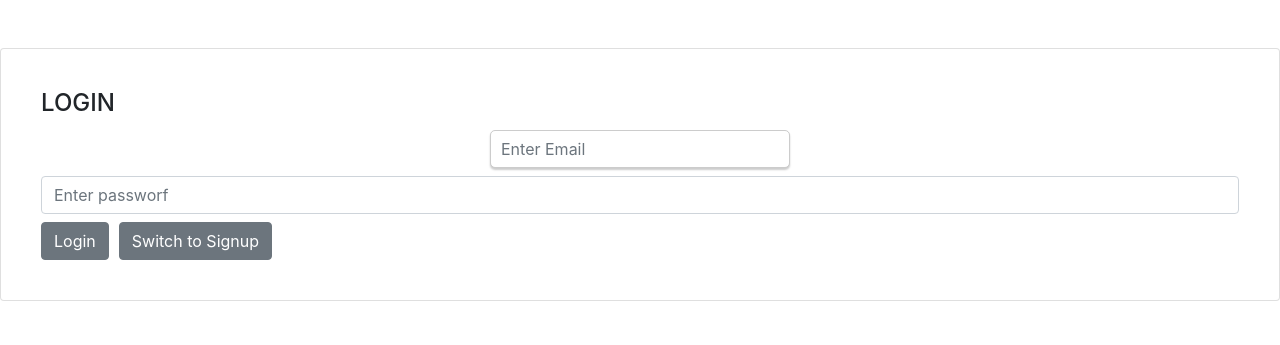
Repository: hosseinemami1370/iranicard
Page: /auth
An editor plug-in stored every save of this project. The page is shown before and after a run of saves, followed by the edit.
The browser window is 1280 px wide. The pictures show the whole page.
The project was rebuilt for these pictures with package versions that can differ from the ones it lists, and the page was loaded fresh each time. The framework's server and built-in components were replaced by stand-ins that run in the browser. Also part of the build but not shown: nuxt.config.js, components/Header.vue, components/Logo.vue, components/UI/AppButton.vue, components/navigation/Header.vue, layouts/admin.vue, layouts/error.vue, layouts/header.vue.

Above is the page before, as saved 2021-03-13 15:33:56.

### layouts/default.vue
<template>
  <div>
    <!-- <Header /> -->
    <Nuxt />
  </div>
</template>
<script>
// import Header from '@/components/navigation/Header'
//  export default {
//    components:{
//      Header
//    }
//  }

// </script>

<style>
html {
  font-family:
    'Source Sans Pro',
    -apple-system,
    BlinkMacSystemFont,
    'Segoe UI',
    Roboto,
    'Helvetica Neue',
    Arial,
    sans-serif;
  font-size: 16px;
  word-spacing: 1px;
  -ms-text-size-adjust: 100%;
  -webkit-text-size-adjust: 100%;
  -moz-osx-font-smoothing: grayscale;
  -webkit-font-smoothing: antialiased;
  box-sizing: border-box;
}

*,
*::before,
*::after {
  box-sizing: border-box;
  margin: 0;
}

.button--green {
  display: inline-block;
  border-radius: 4px;
  border: 1px solid #3b8070;
  color: #3b8070;
  text-decoration: none;
  padding: 10px 30px;
}

.button--green:hover {
  color: #fff;
  background-color: #3b8070;
}

.button--grey {
  display: inline-block;
  border-radius: 4px;
  border: 1px solid #35495e;
  color: #35495e;
  text-decoration: none;
  padding: 10px 30px;
  margin-left: 15px;
}

.button--grey:hover {
  color: #fff;
  background-color: #35495e;
}
</style>

### pages/auth/index.vue
<template>
  <b-card title="LOGIN" style="max-with:10rem" class="admin-auth-page mt-5">
      <b-form @submit.prevent="onSubmite">
          <b-form-input class="auth-container" id="email" v-model="email" placeholder="Enter Email">

          </b-form-input>
          <b-form-input class="mt-2" id="password" v-model="password" placeholder="Enter passworf">

          </b-form-input>
          <div class="mt-2">
              <b-button type="submit" >{{ isLogin ? 'Login' : 'Sign Up' }}</b-button>
              <b-button type="bottun" style="margin-left:10px" @click="isLogin = !isLogin">Switch to {{ isLogin ? 'Signup' : 'Login' }}</b-button>
          </div>
      </b-form>
  </b-card>
</template>

<script>
export default {
data() {
    return {
      isLogin: true,
      email:'',
      password:''
    }
}
}
</script>

<style scoped>
    .admin-auth-page {
  padding: 20px;
}

.auth-container {
  border: 1px solid #ccc;
  border-radius: 5px;
  box-shadow: 0 2px 2px #ccc;
  width: 300px;
  margin: auto;
  padding: 10px;
  box-sizing: border-box;
}
</style>

After the next 3 saves:
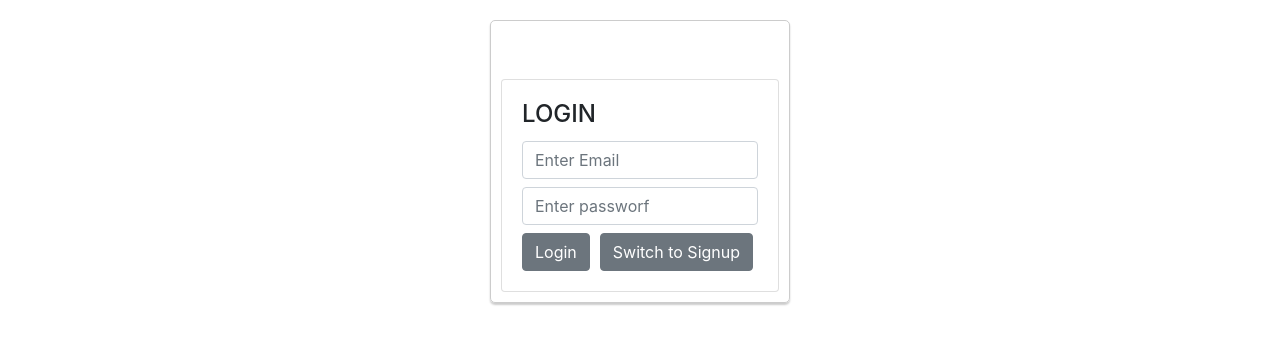
The 3 saves are shown as one change because 2 did not build or start.
The last was saved 5 min 18 s later.
--- a/pages/auth/index.vue
+++ b/pages/auth/index.vue
@@ -1,7 +1,9 @@
 <template>
-  <b-card title="LOGIN" style="max-with:10rem" class="admin-auth-page mt-5">
+ <div class="admin-auth-page">
+    <div class="auth-container">
+  <b-card title="LOGIN" style="max-with:10rem" class="mt-5">
       <b-form @submit.prevent="onSubmite">
-          <b-form-input class="auth-container" id="email" v-model="email" placeholder="Enter Email">
+          <b-form-input  id="email" v-model="email" placeholder="Enter Email">
 
           </b-form-input>
           <b-form-input class="mt-2" id="password" v-model="password" placeholder="Enter passworf">
@@ -13,6 +15,8 @@
           </div>
       </b-form>
   </b-card>
+    </div>
+    </div>
 </template>
 
 <script>
